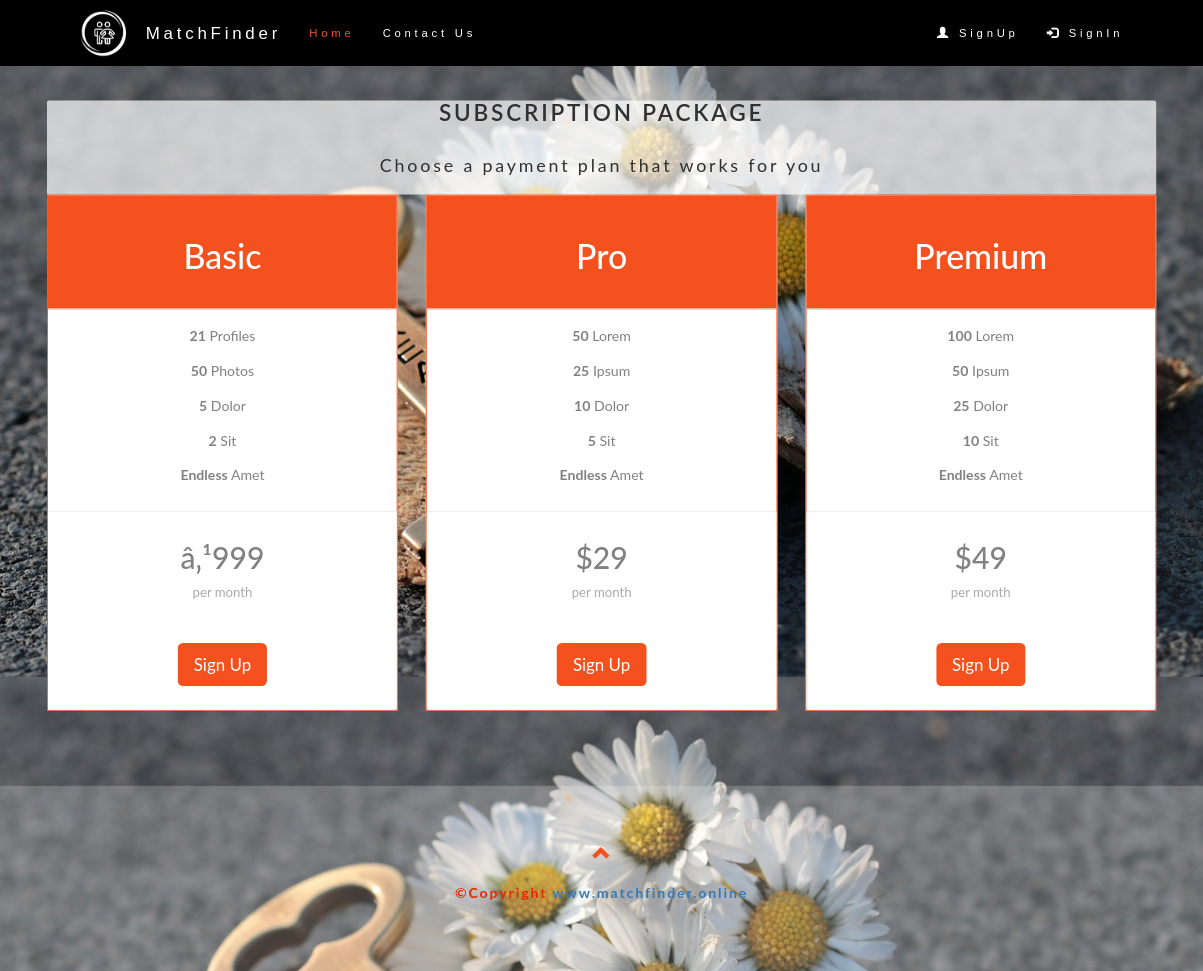
Repository: vibhu95/MatchFinder
Page: http://localhost/MatchFinder/package.jsp
These files come from the project's save history. The page is drawn as it stood at one moment and after the next save; the edit follows.
The browser window is 1280 px wide. The pictures show the whole page, at 94% of full size.
Backgrounds fixed to the window are drawn as part of the page. Some web libraries are served in a nearby version. The page is served by Tomcat 9.

Above is the page before, as saved 2018-01-31 19:46:26.

After the next save:
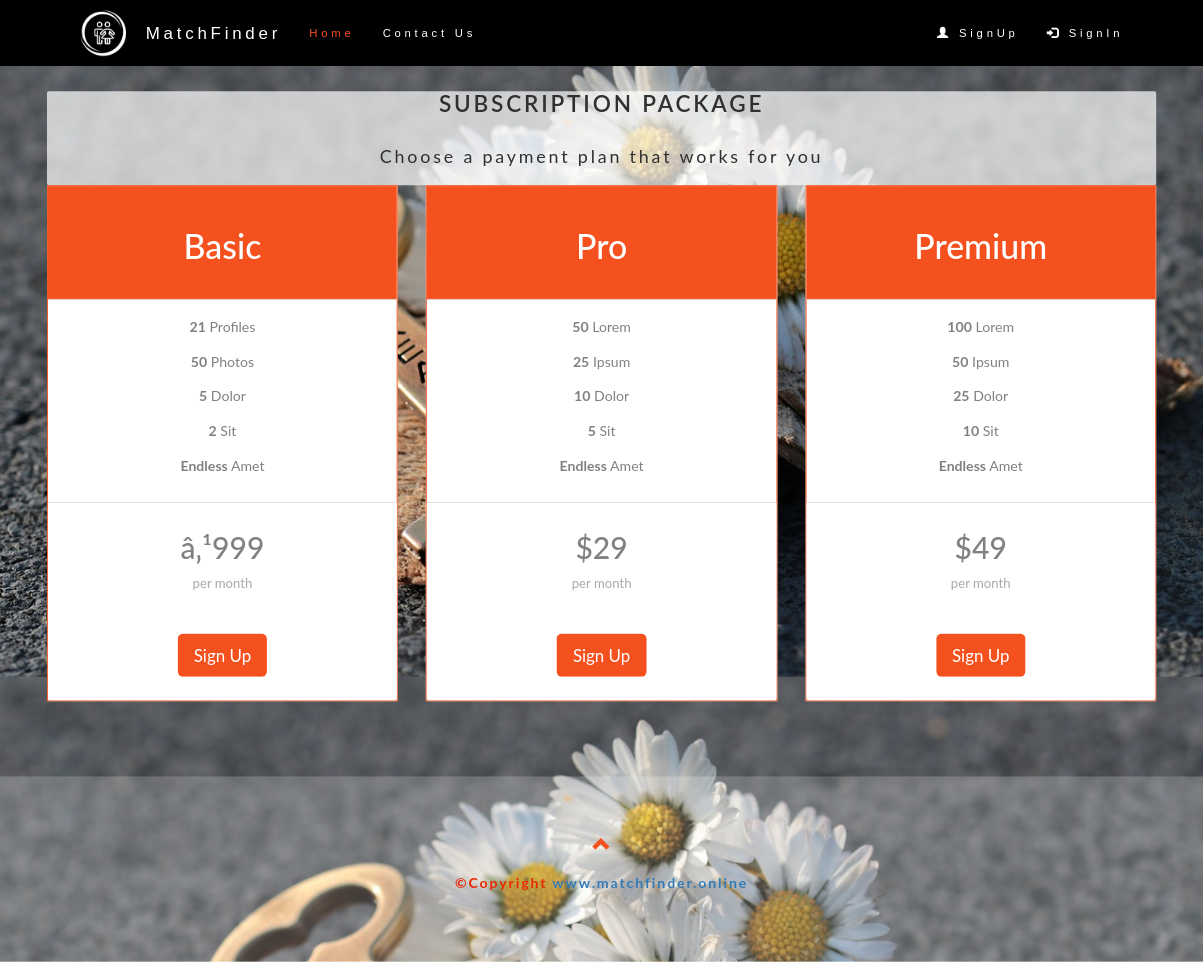
Saved 27 s later.
--- a/workspace/MatchFinder/WebContent/package.jsp
+++ b/workspace/MatchFinder/WebContent/package.jsp
@@ -8,7 +8,7 @@
 <!-- Container (Pricing Section) -->
 <div id="pricing" class="container-fluid">
   <div style="background-color: rgba(255,255,255,0.7); border-radius:2px; height:100px; letter-spacing:3px" class="text-center">
-    <h2>Subscription Package</h2>
+    <h2 style=" margin-top:10px">Subscription Package</h2>
     <h4>Choose a payment plan that works for you</h4>
   </div>
   <div class="row slideanim">
